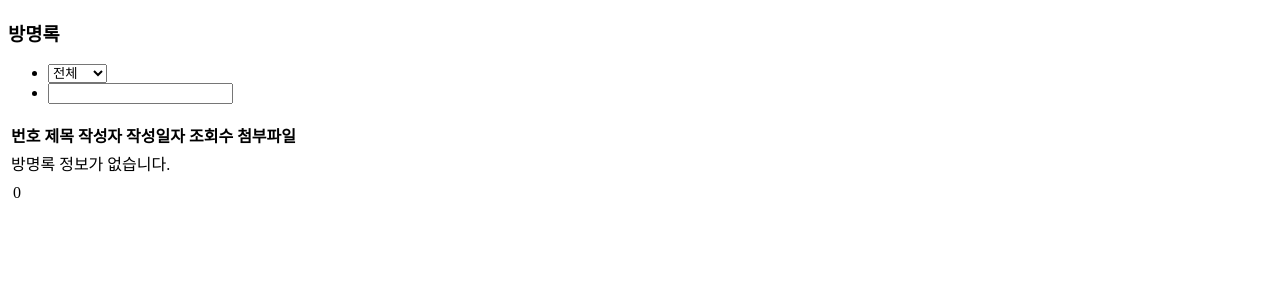
Repository: l3asic/Study_Spring
Page: http://localhost/iot/WEB-INF/views/board/list.jsp
The author's editor kept a copy of each file at every save. The page is drawn from the files as they stood at one save, then again after the next save.
The browser window is 1280 px wide. The pictures show the whole page.
The page is served by Tomcat 9. Nobody is signed in. Other server files are loaded and not shown. The template is opened directly, without the code that normally fills it, so the values that code supplies are empty.

Above is the page before, as saved 2022-01-21 08:30:21.

### Workspace/iot/src/main/webapp/WEB-INF/views/board/list.jsp
<%@ page language="java" contentType="text/html; charset=UTF-8" pageEncoding="UTF-8"%>
<%@ taglib prefix="c" uri="http://java.sun.com/jsp/jstl/core" %>
<!DOCTYPE html>
<html>
<head>
<meta charset="UTF-8">
<title>Insert title here</title>
</head>
<body>
<h3>방명록</h3>
<div id='list-top'>
<form action="list.bo" method="post">
<input type="hidden" name="curPage" value="1" />
	<div>
		<ul>
			<li>
				<select name ="search" class= 'w-px90'>
					<option value ="all">전체</option>
					<option value ="title">제목</option>
					<option value ="content">내용</option>
					<option value ="writer">작성자</option>
				</select>
			</li>
			<li><input type='text' name='keyword' class='w-px300'/></li>
		</ul>
		<ul>

			<!-- 로그인되어 있는 경우 글쓰기 기능 -->
			<c:if test="${not empty loginInfo }">
				<li><a class='btn-fill' href='new.bo'>글쓰기</a></li>
			</c:if>
		</ul>
	</div>
</form>
</div>

<table>
	<thead>
		<tr>
			<th class='w-px70'>번호</th>
			<th>제목</th>
			<th class='w-px100'>작성자</th>
			<th class='w-px100'>작성일자</th>
			<th class='w-px80'>조회수</th>
			<th class='w-px60'>첨부파일</th>
		</tr>
	</thead>
	<tbody>
		<!-- 조회된 목록이 없을 경우 정보 표시 -->
		<c:if test="${ empty page.list }">
			<tr>
				<td colspan="6">방명록 정보가 없습니다.</td>
			</tr>
		</c:if>
		<c:forEach items="${page.list }" var="vo">
		<tr>
			<td>${vo.no }</td>
			<td class='left'>${vo.title }</td>
			<td>${vo.name }</td>
			<td>${vo.writedate }</td>
			<td>${vo.readcnt }</td>
			<td>${empty vo.filename ? '' : '<img src="imgs/attach.png" class="file-img" />'}</td>
		</tr>
		</c:forEach>
	</tbody>
</table>
<div class='btnSet'>
	<jsp:include page="/WEB-INF/views/include/page.jsp" />
</div>
</body>
</html>

### Workspace/iot/src/main/webapp/WEB-INF/views/include/page.jsp
<%@ page language="java" contentType="text/html; charset=UTF-8" pageEncoding="UTF-8"%>
<%@ taglib prefix="c" uri="http://java.sun.com/jsp/jstl/core" %>
<div class="page_list"> <!-- 페이지 목록 class 지정  -->

<c:if test="${page.curBlock gt 1 }">  <!-- gt  > 와 같은 의미 -->
	<a class="page_first" title="처음" onclick="go_page(1)">처음</a>
	<a class="page_prev" title="이전" onclick="go_page(${page.beginPage - page.blockPage})">이전</a>
</c:if>
<c:forEach var="no" begin="${page.beginPage }" end="${page.endPage }">
	<!-- 현재 페이지인 경우 -->
	<c:if test="${no eq page.curPage }">
		<span class='page_on'>${no }</span>
	</c:if>
	<!-- 현재 페이지가 아닌 경우 -->
	<c:if test="${no ne page.curPage }">
		<a class='page_off' onclick="go_page(${no })">${no }</a>
	</c:if>
</c:forEach>

<!-- 마지막 블럭의 경우 다음, 마지막 표기가 나타나지 않게끔 처리 -->
<c:if test="${page.curBlock lt page.totalBlock }"> <!-- lt  < 같은 의미 -->
	<a class="page_next" title="다음" onclick="go_page(${page.endPage+1})">다음</a>
	<!-- 다음 블럭의 경우 현재 블럭의 끝 목록 번호에 +1 한 위치
	     즉, 끝 목록번호가 30일 경우 +1의 위치인 31번 페이지가 나오면 됨 -->
	<a class="page_last" title="마지막" onclick="go_page(${page.totalPage})">마지막</a>
	<!-- 마지막 블럭의 경우 총 페이지 수에 해당하는 페이지로 이동하면 됨 -->
</c:if>
</div>
<script>
function go_page( page ) {
	$('[name=curPage]').val(page);
	$('form').submit();
}
</script>
<style>
	.page_on, .page_off, .page_next, .page_last, .page_prev, .page_first {
		display: inline-block; line-height: 30px; margin: 0;
	}
	.page_on {
		border: 1px solid #777; background-color: #999; color: #fff; font-weight: bold;
	}
	.page_on, .page_off {
		min-width: 22px; padding: 0 5px 2px;
	}
	.page_prev, .page_next, .page_last, .page_first {
		width: 30px; height: 32px; color: #666;
		border: 1px solid gray; text-indent: -999999999999999px;
	}
	.page_next { background: url("imgs/page_next.jpg") center no-repeat;}
	.page_last { background: url("imgs/page_last.jpg") center no-repeat;}
	.page_first { background: url("imgs/page_first.jpg") center no-repeat;}
	.page_prev { background: url("imgs/page_prev.jpg") center no-repeat;}

</style>

After the next save:
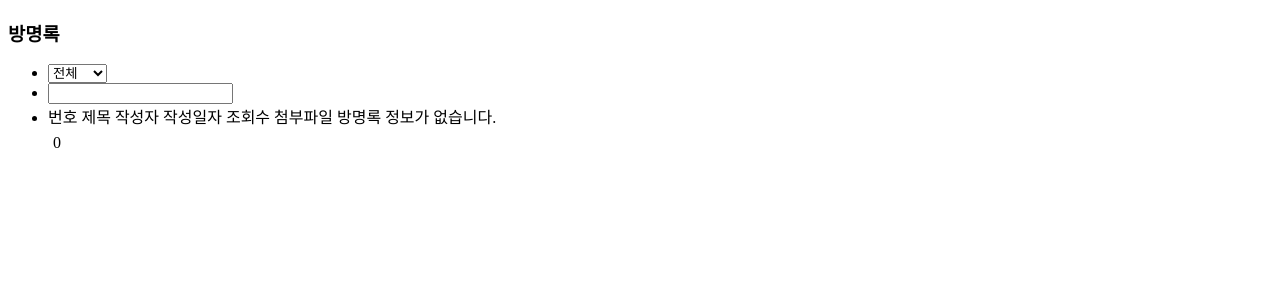
Console error (its wording comes from the project's code and is left out).
Saved 54 s later.
--- a/Workspace/iot/src/main/webapp/WEB-INF/views/board/list.jsp
+++ b/Workspace/iot/src/main/webapp/WEB-INF/views/board/list.jsp
@@ -22,6 +22,7 @@
 				</select>
 			</li>
 			<li><input type='text' name='keyword' class='w-px300'/></li>
+			<li><a class='btn-fill' onclick='$("form").submit></a>
 		</ul>
 		<ul>
 

After the 2 saves that followed:
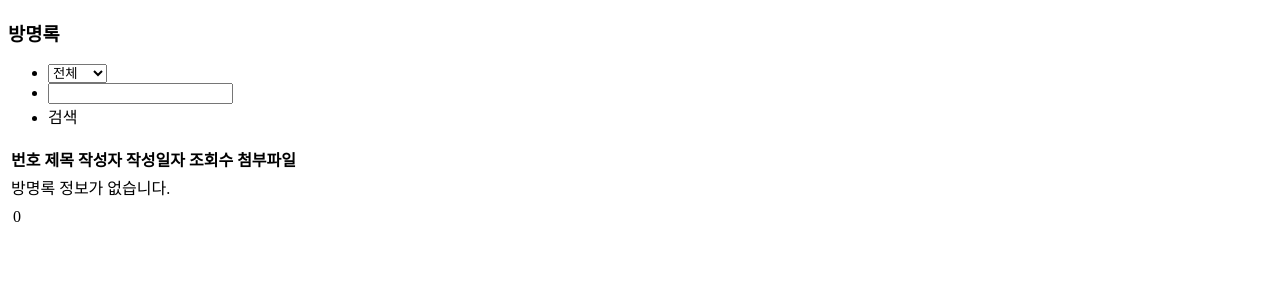
The error is gone.
The 2 saves are shown as one change because 1 left the picture as it was.
The last was saved 17 s later.
--- a/Workspace/iot/src/main/webapp/WEB-INF/views/board/list.jsp
+++ b/Workspace/iot/src/main/webapp/WEB-INF/views/board/list.jsp
@@ -22,7 +22,7 @@
 				</select>
 			</li>
 			<li><input type='text' name='keyword' class='w-px300'/></li>
-			<li><a class='btn-fill' onclick='$("form").submit></a>
+			<li><a class='btn-fill' onclick='$("form").submit()'> 검색</a>
 		</ul>
 		<ul>
 
